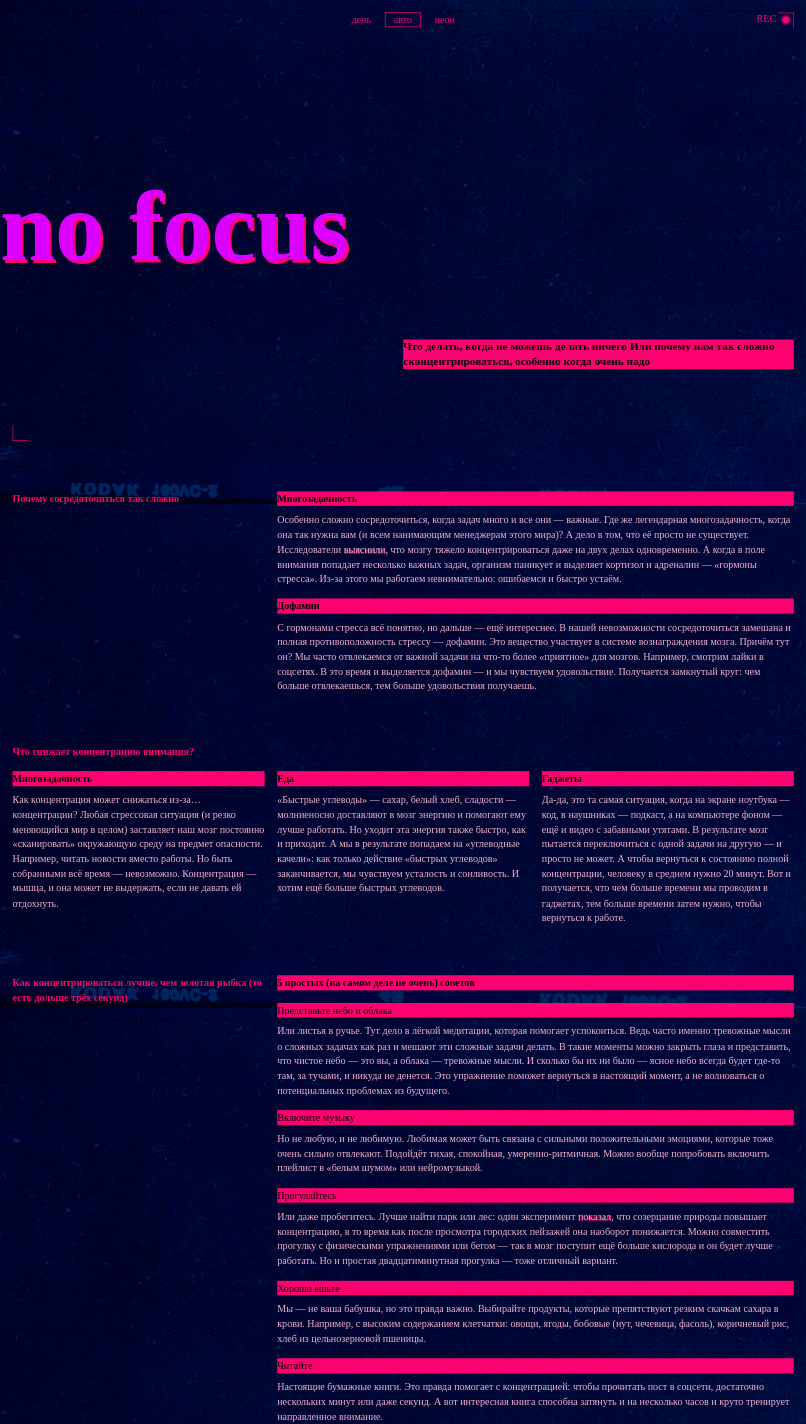
Repository: Hadoooouken/slozhno-sosredotochitsya
Page: index.html
The author's editor kept a copy of each file at every save. The page is drawn from the files as they stood at one save, then again after a run of saves.
The browser window is 1280 px wide. The pictures show the whole page, at 63% of full size.
Backgrounds fixed to the window are drawn as part of the page.

Above is the page before, as saved 2024-01-22 15:41:06.

### index.html
<!DOCTYPE html>
<html lang="ru">
  <head>
    <meta charset="UTF-8" />
    <meta http-equiv="X-UA-Compatible" content="IE=edge" />
    <meta name="viewport" content="width=device-width, initial-scale=1.0" />
    <meta name="color-scheme" content="dark light" />
    <link rel="icon" href="images/favicon.svg" sizes="any" />
    <link rel="stylesheet" href="fonts/fonts.css" />
    <link rel="stylesheet" href="styles/globals.css" />
    <link rel="stylesheet" href="./styles/variables.css" />
    <link rel="stylesheet" href="scripts/script.js" />
    <link rel="stylesheet" href="./styles/style.css" />
    <link rel="stylesheet" href="./styles/dark.css" />
    <link rel="stylesheet" href="./styles/light.css" />
    <title>Сложно сосредоточиться</title>
  </head>
  <body class="page">
    <header class="header decorated-zone">
      <div class="decoration-element" aria-hidden="true"></div>
      <nav class="header__theme-menu">
        <ul class="header__theme-menu-list">
          <li class="header__theme-menu-item">
            <button
              class="header__theme-menu-button header__theme-menu-button_type_light"
            >
              День
            </button>
          </li>
          <li class="header__theme-menu-item">
            <button
              class="header__theme-menu-button header__theme-menu-button_active header__theme-menu-button_type_auto"
              disabled
            >
              Авто
            </button>
          </li>
          <li class="header__theme-menu-item">
            <button
              class="header__theme-menu-button header__theme-menu-button_type_dark"
            >
              Неон
            </button>
          </li>
        </ul>
      </nav>
      <h1 class="header__title">no focus</h1>
      <div class="header__text title_decor">
        <p>
          Что делать, когда не можешь делать ничего Или&nbspпочему нам так
          сложно сконцентрироваться, особенно когда очень надо
        </p>
      </div>
    </header>
    <main class="main">
      <section class="section">
        <article class="Focus__block">
          <h2 class="column__title">Почему сосредоточиться так сложно</h2>

          <div>
            <h2 class="right__column title_decor">Многозадачность</h2>
            <p class="right__pharahraph">
              Особенно сложно сосредоточиться, когда задач много и все они —
              важные. Где же легендарная многозадачность, когда она так нужна
              вам (и всем нанимающим менеджерам этого мира)? А дело в том, что
              её просто не существует. Исследователи
              <a
                class="paragraph__link"
                href="https://dana.org/article/multicosts-of-multitasking/"
                >выяснили</a
              >, что мозгу тяжело концентрироваться даже на двух делах
              одновременно. А когда в поле внимания попадает несколько важных
              задач, организм паникует и выделяет кортизол и адреналин —
              «гормоны стресса». Из-за этого мы работаем невнимательно:
              ошибаемся и быстро устаём.
            </p>
            <h2 class="right__column title_decor">Дофамин</h2>
            <p class="right__pharahraph">
              С гормонами стресса всё понятно, но дальше — ещё интереснее. В
              нашей невозможности сосредоточиться замешана и полная
              противоположность стрессу — дофамин. Это вещество участвует в
              системе вознаграждения мозга. Причём тут он? Мы часто отвлекаемся
              от важной задачи на что-то более «приятное» для мозгов. Например,
              смотрим лайки в соцсетях. В это время и выделяется дофамин — и мы
              чувствуем удовольствие. Получается замкнутый круг: чем больше
              отвлекаешься, тем больше удовольствия получаешь.
            </p>
          </div>
        </article>
      </section>
      <section class="section">
        <article class="concentration__block">
          <div class="concentration">
            <h2 class="column__title">Что снижает концентрацию внимания?</h2>
          </div>

          <div class="multitasking">
            <h2 class="right__column title_decor">Многозадачность</h2>
            <p class="right__pharahraph">
              Как концентрация может снижаться из-за… концентрации? Любая
              стрессовая ситуация (и резко меняющийся мир в целом) заставляет
              наш мозг постоянно «сканировать» окружающую среду на предмет
              опасности. Например, читать новости вместо работы. Но быть
              собранными всё время — невозможно. Концентрация — мышца, и она
              может не выдержать, если не давать ей отдохнуть.
            </p>
          </div>
          <div class="eat">
            <h2 class="right__column title_decor">Еда</h2>
            <p class="right__pharahraph">
              «Быстрые углеводы» — сахар, белый хлеб, сладости — молниеносно
              доставляют в мозг энергию и помогают ему лучше работать. Но уходит
              эта энергия также быстро, как и приходит. А мы в результате
              попадаем на «углеводные качели»: как только действие «быстрых
              углеводов» заканчивается, мы чувствуем усталость и сонливость. И
              хотим ещё больше быстрых углеводов.
            </p>
          </div>
          <div class="gadgets">
            <h2 class="right__column title_decor">Гаджеты</h2>
            <p class="right__pharahraph">
              Да-да, это та самая ситуация, когда на экране ноутбука — код, в
              наушниках — подкаст, а на компьютере фоном — ещё и видео с
              забавными утятами. В результате мозг пытается переключиться с
              одной задачи на другую — и просто не может. А чтобы вернуться к
              состоянию полной концентрации, человеку в среднем нужно 20 минут.
              Вот и получается, что чем больше времени мы проводим в гаджетах,
              тем больше времени затем нужно, чтобы вернуться к работе.
            </p>
          </div>
        </article>
      </section>
      <section class="section">
        <article class="how__block">
          <h2 class="column__title">
            Как концентрироваться лучше, чем золотая рыбка (то есть дольше трёх
            секунд)
          </h2>
          <div>
            <h2 class="right__column title_decor">
              5 простых (на самом деле не очень) советов
            </h2>
            <h2 class="concentration__title title_decor">Представьте небо и облака</h2>
            <p class="right__pharahraph2">
              Или листья в ручье. Тут дело в лёгкой медитации, которая помогает
              успокоиться. Ведь часто именно тревожные мысли о сложных задачах
              как раз и мешают эти сложные задачи делать. В такие моменты можно
              закрыть глаза и представить, что чистое небо — это вы, а облака —
              тревожные мысли. И сколько бы их ни было — ясное небо всегда будет
              где-то там, за тучами, и никуда не денется. Это упражнение поможет
              вернуться в настоящий момент, а не волноваться о потенциальных
              проблемах из будущего.
            </p>
            <h2 class="concentration__title title_decor">Включите музыку</h2>
            <p class="right__pharahraph2">
              Но не любую, и не любимую. Любимая может быть связана с сильными
              положительными эмоциями, которые тоже очень сильно отвлекают.
              Подойдёт тихая, спокойная, умеренно-ритмичная. Можно вообще
              попробовать включить плейлист в «белым шумом» или нейромузыкой.
            </p>
            <h2 class="concentration__title title_decor">Прогуляйтесь</h2>
            <p class="right__pharahraph2">
              Или даже пробегитесь. Лучше найти парк или лес: один эксперимент
              <a
                class="paragraph__link"
                href="https://www.sciencedirect.com/science/article/abs/pii/S0272494415000328"
                >показал</a
              >, что созерцание природы повышает концентрацию, в то время как
              после просмотра городских пейзажей она наоборот понижается. Можно
              совместить прогулку с физическими упражнениями или бегом — так в
              мозг поступит ещё больше кислорода и он будет лучше работать. Но и
              простая двадцатиминутная прогулка — тоже отличный вариант.
            </p>
            <h2 class="concentration__title title_decor">Хорошо ешьте</h2>
            <p class="right__pharahraph2">
              Мы — не ваша бабушка, но это правда важно. Выбирайте продукты,
              которые препятствуют резким скачкам сахара в крови. Например, с
              высоким содержанием клетчатки: овощи, ягоды, бобовые (нут,
              чечевица, фасоль), коричневый рис, хлеб из цельнозерновой пшеницы.
            </p>
            <h2 class="concentration__title title_decor">Читайте</h2>
            <p class="right__pharahraph2">
              Настоящие бумажные книги. Это правда помогает с концентрацией:
              чтобы прочитать пост в соцсети, достаточно нескольких минут или
              даже секунд. А вот интересная книга способна затянуть и на
              несколько часов и круто тренирует направленное внимание.
            </p>
          </div>
        </article>
      </section>
      <section class="se"></section>
    </main>

    <script src="./scripts/script.js"></script>
  </body>
</html>

### styles/globals.css
/* Глобальные стили для проекта, их можно дополнять и менять по желанию */

*,
*::before,
*::after {
  box-sizing: border-box;
}

body {
  min-inline-size: 375px;
  max-inline-size: 1440px;
  margin: 0 auto;

}

h1,
h2,
h3,
h4,
h5,
h6,
p {
  margin: 0;
}

ul {
  margin: 0;
  padding: 0;
  list-style: none;
}

picture {
  margin: 0;
  padding: 0;
}

button,
a {
  color: currentColor;
  font-family: inherit;
  font-size: inherit;
  line-height: inherit;
}

### styles/variables.css
:root {/*
  Переменные для вашего проекта
  и их переопределение под различные устройства
*/
--main-font:'IBM Plex mono' sans-serif;
--title-color:#DB00FF;
--main-color:
--subtitle-color:#000028;
--text-color: #F1B2CE;
--section-title: #FF0070;
--bg-color: #000028;
--section-color: #FF0070;
/*--hover: #FF0070;*/
--hover: rgb(255 0 112 / 0.4);
--link-color: #FF0070;




}

### scripts/script.js
const themeButtons = document.querySelectorAll('.header__theme-menu-button');

themeButtons.forEach((button) => {
  button.addEventListener('click', () => {
    themeButtons.forEach((btn) => {
      btn.classList.remove('header__theme-menu-button_active');
      btn.removeAttribute('disabled');
    });
    if (
      [...button.classList].includes('header__theme-menu-button_type_light')
    ) {
      changeTheme('light');
    } else if (
      [...button.classList].includes('header__theme-menu-button_type_dark')
    ) {
      changeTheme('dark');
    } else {
      changeTheme('auto');
    }
    button.classList.add('header__theme-menu-button_active');
    button.setAttribute('disabled', true);
  });
});

function changeTheme(theme) {
  document.body.className = 'page';
  document.body.classList.add(`theme_${theme}`);
  localStorage.setItem('theme', theme);
}

function initTheme() {
  const theme = localStorage.getItem('theme');
  if (theme) {
    changeTheme(theme);
    themeButtons.forEach((btn) => {
      btn.classList.remove('header__theme-menu-button_active');
      btn.removeAttribute('disabled');
    });
    document
      .querySelector(`.header__theme-menu-button_type_${theme}`)
      .classList.add('header__theme-menu-button_active');
    document
      .querySelector(`.header__theme-menu-button_type_${theme}`)
      .setAttribute('disabled', true);
  }
}

initTheme();

### styles/style.css
/* Основные стили проекта. Это стили для темы, которую вы верстаете первой. */

.page {
  /* сохраните в разметке и стилях класс page. На его основе работает скрипт. */

  background-color: var(--bg-color);
  background-image: url(/images/cover-image-dark.png);
  background-attachment: fixed;
  background-position: center;
  background-size: cover;
  font-family: var()
  font-size: 18px;
}
.section {
  padding: 0px 20px;
}

.header {
  position: relative;
  block-size: 100vh;
  min-height: 375px;
  height: 100vh;
  padding: 20px;
  display: grid;
  grid-template-rows: 1fr min-content 1fr;
  justify-items: start;
}

.decorated-zone::before {
  content: "";
  position: absolute;
  border-top: 1px solid #ff0070;
  border-right: 1px solid #ff0070;
  right: 20px;
  top: 20px;
  width: 25px;
  height: 25px;
}

.decorated-zone::after {
  content: "";
  position: absolute;
  border-bottom: 1px solid #ff0070;
  border-left: 1px solid #ff0070;
  left: 20px;
  bottom: 20px;
  width: 25px;
  height: 25px;
}
.decoration-element {
  position: absolute;
  right: 48px;
  top: 21px;
}

.decoration-element::before {
  content: "REC";
  color: #ff0070;
  font-family: inherit;
  display: inline-block;
}

.decoration-element::after {
  content: "";
  background-color: #ff0070;
  width: 9px;
  height: 9px;
  border-radius: 50%;
  display: inline-block;
  box-shadow: 0px 0px 4px 2px #ff0070;
  top: 6px;
  left: 42px;
  position: absolute;
}

.header__title {
  font-family: var(--main-font);
  font-size: clamp(7.5rem, 0.5625rem + 14.4531vw, 9.8125rem);
  color: var(--title-color);
  line-height: 82.5%; /* 129.525px */
  text-shadow: 4px 4px 0 var(--section-title);
  margin-left: -20px;
}

.header__theme-menu {
  justify-self: center;
}

.header__text {
  font-size: 18px;
  justify-self: end;
  width: 50%; /*под вопросом*/
  align-self: center;
  font-weight: 700;
  color: var(--subtitle-color);
  line-height: 23.4px;
}

.title_decor {
  background-color: var(--section-title);
}

.header__theme-menu-list {
  display: flex;
  justify-content: center;
  gap: 10px;
}

.header__theme-menu-button {
  background-color: transparent;
  color: var(--section-title);
  border: none;
  text-transform: lowercase;
  line-height: 18px;
  padding: 2px 13px;
  cursor: pointer;
}

.header__theme-menu-button:focus {
  outline: none;
}

.header__theme-menu-button:focus-visible {
  text-decoration: underline;
  outline: none;
  color: var(--section-title);
}

.header__theme-menu-button:hover {
  outline: 1px solid var(--hover);
}



.header__theme-menu-button_active {
  pointer-events: none;
  outline: 1px solid var(--section-title);
}

.main {
  padding-top: 60px;
}

.Focus__block {
  display: grid;
  grid-template-columns: 1fr 2fr;
  gap: 10px;
}

.column__title {
  font-weight: 700;
  color: var(--section-color);
  font-size: inherit;
  line-height: 23.4px;
}

.right__column {
  font-size: inherit;
  line-height: 23.4px;
  margin-bottom: 10px;
  font-weight: 700;
}

.right__pharahraph {
  font-size: inherit;
  line-height: 23.4px;
  color: var(--text-color);
  font-weight: 400;
  margin-bottom: 20px;
}
.right__pharahraph:last-child {
  margin-bottom: 0px;
}

.paragraph__link {
  text-decoration: none;
  cursor: pointer;
  text-shadow: 1px 2px 0 var(--link-color);
}

.paragraph__link:hover {
  border-bottom: 1px solid var(--text-color);
}

.paragraph__link:focus {
  outline: none;
}

.paragraph__link:focus-visible {
  outline: 1px solid var(--text-color);
  color: var(--section-title);
  outline-offset: 0px;
}

.concentration__block {
  padding-top: 80px;
  display: grid;
  grid-template-columns: repeat(3, 1fr);
  grid-template-rows: repeat(2, min-content);
  grid-column-gap: 20px;
  grid-row-gap: 20px;

  grid-template-areas:
    "concentration unset unset"
    "multitasking eat gadgets";
}

.concentration {
  grid-area: concentration;
}

.multitasking {
  grid-area: multitasking;
}
.eat {
  grid-area: eat;
}

.gadgets {
  grid-area: gadgets;
}

.how__block {
  padding-top: 80px;
  display: grid;
  grid-template-columns: 1fr 2fr;
  grid-column-gap: 10px;
}

.concentration__title {
  font-weight: 400;
  font-size: inherit;
  line-height: 23.4px;
  margin-top: 20px;
}

.right__pharahraph2 {
  font-size: inherit;
  line-height: 23.4px;
  color: var(--text-color);
  font-weight: 400;
  margin-top: 10px;
}

### styles/dark.css
/*
  Специально для тёмной темы при наличии класса,
  здесь окажутся стили, которые нужно переопределить принудительно,
  переключая тему
*/

.page.theme_dark {
  /* сохраните этот селектор в приведённом виде.
    Так стили написанные ниже будут иметь больший вес,
    чем стили в медиазапросе предпочтений пользователя
  */
--main-font:'IBM Plex mono';
--title-color:#DB00FF;
--subtitle-color:#000028;
--text-color: #F1B2CE;
--section-title: #FF0070;
--link-color: #FF0070;

}

Loaded but not shown: fonts/fonts.css (common file); styles/light.css (common file)

After the next 2 saves:
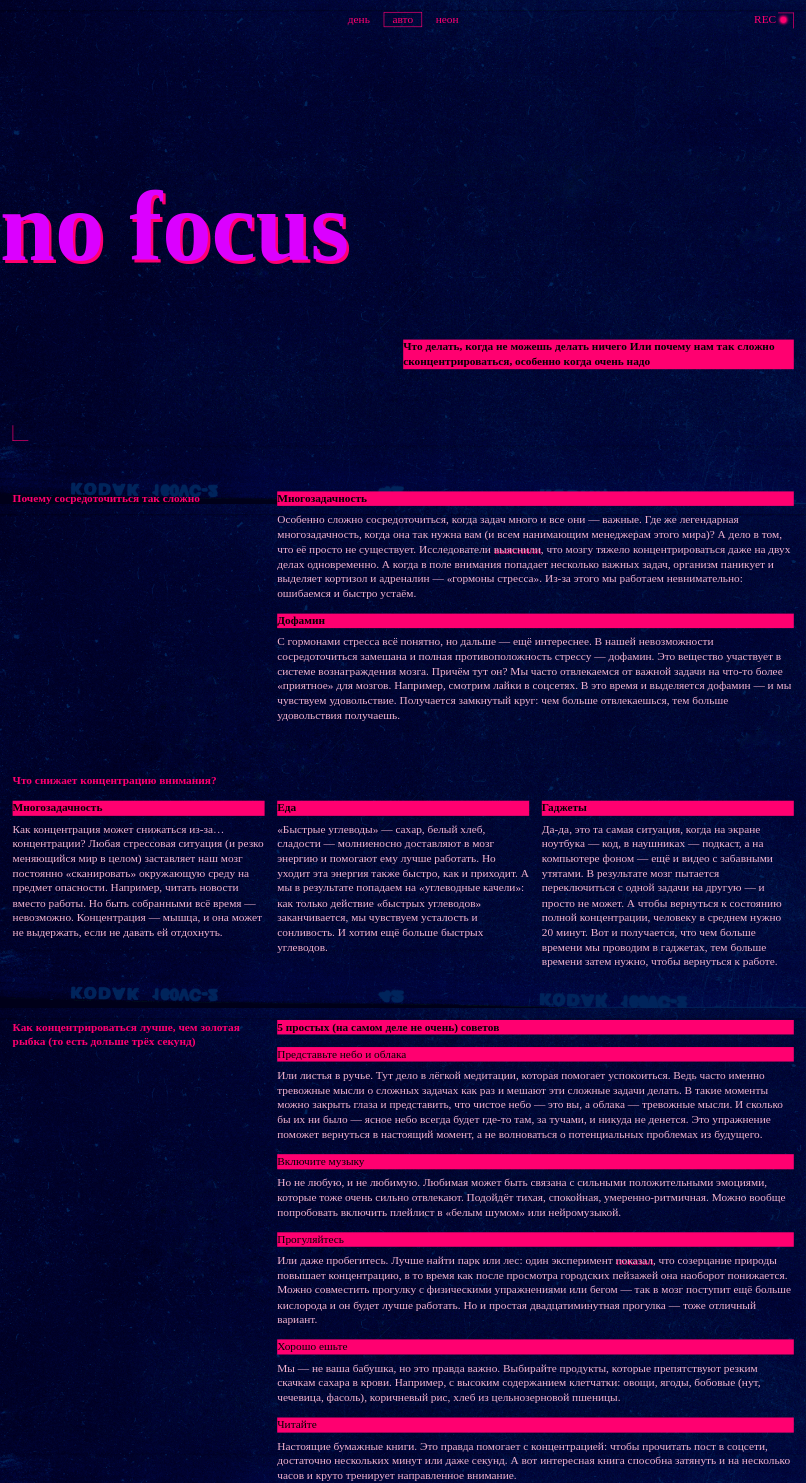
The 2 saves are shown as one change because they came seconds apart.
The last was saved 7 s later.
--- a/styles/style.css
+++ b/styles/style.css
@@ -8,7 +8,7 @@
   background-attachment: fixed;
   background-position: center;
   background-size: cover;
-  font-family: var()
+  font-family: var(--main-font);
   font-size: 18px;
 }
 .section {
